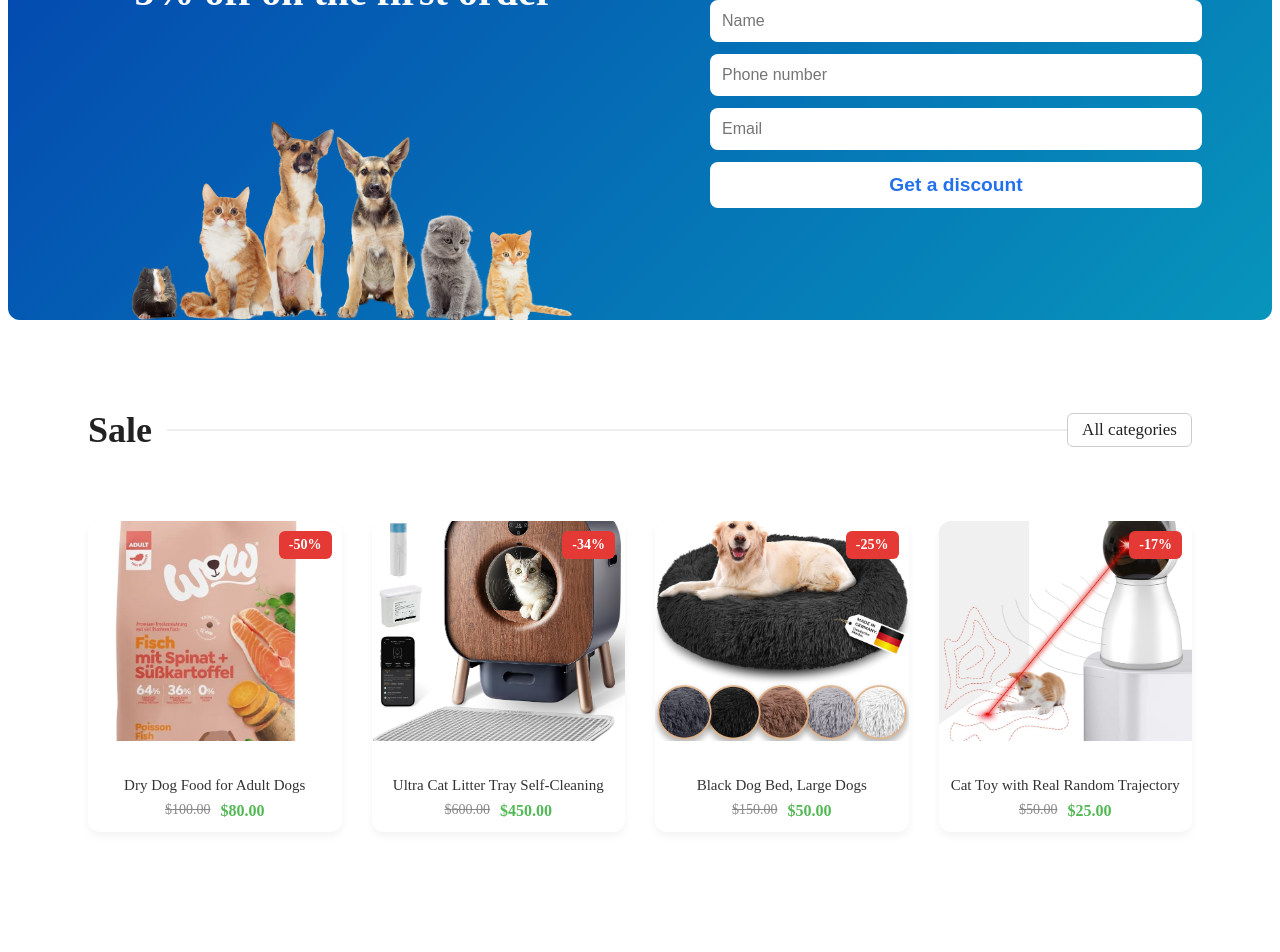
Repository: JuliiaJuliia/pet-shop-frontend
Page: / (app in pet-shop-frontend/)
These files come from the project's save history. The page is drawn as it stood at one moment and after the next save; the edit follows.
The browser window is 1280 px wide. The pictures show the part of the page from y = 1259 to 2211 px (the page is 2211 px tall before and 2187 px after).
The project was rebuilt for these pictures with package versions that can differ from the ones it lists, and the page was loaded fresh each time. Also part of the build but not shown: pet-shop-frontend/vite.config.js, pet-shop-frontend/src/pages/CheckoutPage.jsx, pet-shop-frontend/src/api/axios.js, pet-shop-frontend/src/components/ProductList.jsx.

Above is the page before, as saved 2025-11-06 20:40:16.

### pet-shop-frontend/index.html
<!doctype html>
<html lang="en">
  <head>
    <meta charset="UTF-8" />
    <link rel="icon" type="image/svg+xml" href="/vite.svg" />
    <meta name="viewport" content="width=device-width, initial-scale=1.0" />
    <title>pet-shop-frontend</title>
  </head>
  <body>
    <div id="root"></div>
    <script type="module" src="/src/main.jsx"></script>
  </body>
</html>

### pet-shop-frontend/src/main.jsx
import HomePage from "./pages/HomePage";
import CheckoutPage from "./pages/CheckoutPage";
import React from "react";
import ReactDOM from "react-dom/client";
import { BrowserRouter, Routes, Route } from "react-router-dom";
import Header from "./components/Header/Header.jsx";
import ProductList from "./components/ProductList";

function Categories() {
  return <h2 style={{ textAlign: "center" }}>Categories Page</h2>;
}

function Sales() {
  return <h2 style={{ textAlign: "center" }}>Sales Page</h2>;
}

function Cart() {
  return <h2 style={{ textAlign: "center" }}>Your Cart is empty</h2>;
}

ReactDOM.createRoot(document.getElementById("root")).render(
  <BrowserRouter>
    <Header />
    <Routes>
      <Route path="/" element={<HomePage />} />
      <Route path="/categories" element={<Categories />} />
      <Route path="/products" element={<ProductList />} />
      <Route path="/sales" element={<Sales />} />
      <Route path="/cart" element={<Cart />} />
    </Routes>
  </BrowserRouter>
);

### pet-shop-frontend/src/pages/HomePage.jsx
import React from "react";
import MainBanner from "../components/MainBanner";
import Categories from "../components/Categories";
import DiscountBanner from "../components/DiscountBanner";
import SaleSection from "../components/SaleSection/SaleSection";

const HomePage = () => {
  return (
    <div>
      <MainBanner />
      <Categories />
      <DiscountBanner />
      <SaleSection />
    </div>
  );
};

export default HomePage;

### pet-shop-frontend/src/components/Header/Header.jsx
import React from "react";
import { Link } from "react-router-dom";
import "./Header.css";

const Header = () => {
  return (
    <header className="header">
      <div className="header__logo">
        <Link to="/">PetShop 🐾</Link>
      </div>
      <nav className="header__nav">
        <Link to="/">Main Page</Link>
        <Link to="/categories">Categories</Link>
        <Link to="/products">All products</Link>
        <Link to="/sales">All sales</Link>
      </nav>
      <div className="header__cart">
        <Link to="/cart">
        <img src="/icon.svg" alt="Cart" className="header__cart-icon" />
        </Link>
</div>
    </header>
  );
};

export default Header;

### pet-shop-frontend/src/components/MainBanner.jsx
import React from "react";
import { Link } from "react-router-dom";
import "./MainBanner.css";

const MainBanner = () => {
  return (
    <section className="main-banner">
      <div className="main-banner__overlay">
        <div className="main-banner__content">
        <h1>Amazing Discounts <br /> on Pets Products!</h1>
        <Link to="/checkout" className="banner-btn">Check out</Link>
        </div>
      </div>
    </section>
  );
};

export default MainBanner;

### pet-shop-frontend/src/components/Categories.jsx
import React from "react";
import { Link } from "react-router-dom";
import "./Categories.css";

const categories = [
  { id: 1, name: "Dry & Wet Food", image: "/Dog.jpg" },
  { id: 2, name: "Litter Boxes & Litter Trays", image: "/Cat.jpg" },
  { id: 3, name: "Baskets & Beds", image: "/Dogs.jpg" },
  { id: 4, name: "Toys", image: "/Dog and Fish.jpg" },
];

const Categories = () => {
  return (
    <section className="categories">
      <div className="categories__header">
        <h2>Categories</h2>
        <div className="categories__line"></div>

        <Link to="/products" className="all-categories-btn">
          All categories
        </Link>
      </div>

      <div className="categories__grid">
        {categories.map((category) => (
          <div key={category.id} className="category-card">
            <img src={category.image} alt={category.name} />
            <div className="category-card__overlay">
              <p>{category.name}</p>
            </div>
          </div>
        ))}
      </div>
    </section>
  );
};

export default Categories;

### pet-shop-frontend/src/components/DiscountBanner.jsx
import { useState } from "react";
import "./DiscountBanner.css";

export default function DiscountBanner() {
  const [form, setForm] = useState({ name: "", phone: "", email: "" });
  const [sent, setSent] = useState(false);

  const handleChange = (e) => {
    setForm({ ...form, [e.target.name]: e.target.value });
    setError("");
  };

  const handleSubmit = (e) => {
    e.preventDefault();

    if (!form.name || !form.phone || !form.email) {
      setError("Fill in this field");
      return;
    }

    setSent(true);
  };
  return (
    <section className="discount-banner">
      <div className="discount-banner__overlay">
        <div className="discount-banner__container">

          {/* Ліва частина: заголовок + картинка */}
          <div className="discount-banner__left">
            <h2>5% off on the first order</h2>
            <img src="/Pets.jpg" alt="Pets" />
          </div>

          {/* Права частина: форма */}
          <div className="discount-banner__right">
            {!sent ? (
              <form onSubmit={handleSubmit}>
                <input
                  type="text"
                  name="name"
                  placeholder="Name"
                  value={form.name}
                  onChange={handleChange}
                  required
                />
                <input
                  type="tel"
                  name="phone"
                  placeholder="Phone number"
                  value={form.phone}
                  onChange={handleChange}
                  required
                />
                <input
                  type="email"
                  name="email"
                  placeholder="Email"
                  value={form.email}
                  onChange={handleChange}
                  required
                />
                <button type="submit">Get a discount</button>
              </form>
            ) : (
              <p className="discount-banner__success">
                ✅ Thank you! We'll contact you soon!
              </p>
            )}
          </div>

        </div>
      </div>
    </section>
  );
}

### pet-shop-frontend/src/components/SaleSection/SaleSection.jsx
import React from "react";
import "./SaleSection.css";
import { Link } from "react-router-dom";

const saleSection = [
  {
    id: 1,
    name: "Dry Dog Food for Adult Dogs",
    image: "/Dry Dog.jpg",
    oldPrice: 100,
    newPrice: 80,
    discount: "-50%",
  },
  {
    id: 2,
    name: "Ultra Cat Litter Tray Self-Cleaning",
    image: "/Cat Litter.jpg",
    oldPrice: 600,
    newPrice: 450,
    discount: "-34%",
  },
  {
    id: 3,
    name: "Black Dog Bed, Large Dogs",
    image: "/Dog Bed.jpg",
    oldPrice: 150,
    newPrice: 50,
    discount: "-25%",
  },
  {
    id: 4,
    name: "Cat Toy with Real Random Trajectory",
    image: "/Cat Toy.jpg",
    oldPrice: 50,
    newPrice: 25,
    discount: "-17%",
  },
];

const SaleSection = () => {
  return (
    <section className="sale-section">
      {/* 🔹 Верхній заголовок + кнопка справа */}
      <div className="sale-section__header">
        <h2>Sale</h2>
        <div className="sale-section__line"></div>
        <Link to="/categories" className="sale-section__all-btn">
          All categories
        </Link>
      </div>

      {/* 🔹 Сітка товарів */}
      <div className="sale-section__grid">
        {saleSection.map((item) => (
          <div key={item.id} className="sale-card">
            <div className="sale-card__image-container">
              <img src={item.image} alt={item.name} className="sale-card__image" />
              <span className="sale-card__discount">{item.discount}</span>
            </div>
            <div className="sale-card__details">
              <h4 className="sale-card__name">{item.name}</h4>
              <div className="sale-card__prices">
                <span className="sale-card__old">${item.oldPrice.toFixed(2)}</span>
                <span className="sale-card__new">${item.newPrice.toFixed(2)}</span>
              </div>
            </div>
          </div>
        ))}
      </div>
    </section>
  );
};

export default SaleSection;

### pet-shop-frontend/src/components/Header/Header.css
.header {
    display: flex;
    align-items: center;
    justify-content: space-between;
    padding: 20px 60px;
    background-color: #fff;
    box-shadow: 0 2px 5px rgba(0, 0, 0, 0.05);
    position: sticky;
    top: 0;
    z-index: 10;
  }

  .header__logo a {
    font-size: 40px;
    font-weight: 400;
    color: #3d3c3c;
    text-decoration: none;
    display: flex;
    align-items: center;
    gap: 10px;
  }

  .header__nav {
    display: flex;
    gap: 30px;
  }

  .header__nav a {
    font-size: 20px;
    text-decoration: none;
    color: #38383a;
    font-weight: 550;
    transition: 0.3s;
    cursor: url("data:[embedded picture, 129 characters]"), auto;
  }

  .header__nav a:hover {
    color: #24973bf3;
  }

  .cart-icon {
    font-size: 20px;
    text-decoration: none;
  }

  .header__cart-icon {
    width: 30px;
    height: 30px;
    object-fit: contain;
    transition: transform 0.3s ease;
    cursor: url("data:[embedded picture, 129 characters]"), auto;
  }

  .header__cart-icon:hover {
    transform: rotate(10deg) scale(1.15);
  }

### pet-shop-frontend/src/components/MainBanner.css
.main-banner {
  position: relative;
  width: 100%;
  height: 500px;
  background: url("/banner-dog.jpg") center/cover no-repeat;
  display: flex;
  align-items: center;
  justify-content: center;
  border-radius: 10px;
  overflow: hidden;
  margin-bottom: 60px;
}

/* Полупрозрачный шар поверх картинки */
.main-banner__overlay {
  background: rgba(0, 0, 0, 0.35);
  width: 100%;
  height: 100%;
  display: flex;
  align-items: center;
  justify-content: center;
}

/* Текст и кнопка */
.main-banner__content {
  text-align: left;
  color: #fff;
  max-width: 800px;
  padding: 0 40px;
  line-height: 1.1;
  white-space: normal;
  word-break: break-word;
}

.main-banner__content h1 {
  font-size: 54px;
  font-weight: 700;
  line-height: 1.2;
  margin-bottom: 40px;
}


.main-banner__button {
  background-color: #53b955df;
  color: rgb(255, 255, 255);
  border: none;
  border-radius: 6px;
  font-size: 18px;
  padding: 14px 30px;
  cursor: pointer;
  transition: all 0.3s ease;
  cursor: url("data:[embedded picture, 129 characters]"), auto;
}

.main-banner__button:hover {
  background-color: #24973b91;
  ;
  transform: scale(1.05);
}

.banner-btn {
  display: inline-block;
  background-color: #53b955df;
  color: white;
  border: none;
  border-radius: 6px;
  font-size: 18px;
  padding: 14px 30px;
  text-decoration: none;
  text-align: center;
  cursor: pointer;
  transition: all 0.3s ease;
}

.banner-btn:hover {
  background-color: #24973b91;
  transform: scale(1.05);
}

### pet-shop-frontend/src/components/Categories.css
.categories {
    padding: 0px 80px 60px;
    background-color: #fff;
  }

  .categories__title {
    font-size: 36px;
    font-weight: 600;
    margin-bottom: 30px;
    color: #222;
  }

  .categories__grid {
    display: grid;
    grid-template-columns: repeat(auto-fit, minmax(220px, 1fr));
    gap: 30px;
    justify-items: center;
  }

  .category-card {
    position: relative;
    width: 100%;
    max-width: 260px;
    border-radius: 12px;
    overflow: hidden;
    cursor: url("data:[embedded picture, 129 characters]"), auto;
    transition: transform 0.3s ease;
  }

  .category-card img {
    width: 100%;
    height: 260px;
    object-fit: cover;
    border-radius: 12px;
  }

  .category-card__overlay {
    position: absolute;
    display: flex;
    justify-content: center;
    align-items: center;
    text-align: center;
    bottom: 0;
    left: 0;
    right: 0;
    background: rgba(0, 0, 0, 0.5);
    color: #fff;
    font-size: 20px;
    font-weight: 500;
    padding-top: 10px;
    transition: background 0.3s ease;
  }

  .category-card:hover {
    transform: scale(1.05);
  }

  .category-card:hover .category-card__overlay {
    background: rgba(0, 0, 0, 0.7);
  }

  .categories__header {
    display: flex;
    align-items: center;
    justify-content: space-between;
    position: relative;
    margin-bottom: 30px;
  }

  .categories__header h2 {
    font-size: 35px;
    font-weight: 700;
    color: #222;
    letter-spacing: 1.5px;
    background-color: #fff;
    padding-right: 15px;
    z-index: 1;
  }

  .categories__line {
    position: absolute;
    left: 0;
    right: 0;
    height: 1px;
    background-color: #ddd;
    top: 50%;
    transform: translateY(-50%);
    z-index: 0;
  }

  .all-categories-btn {
    display: inline-flex;
    align-items: center;
    justify-content: center;
    background-color: #fff;
    border: 1px solid #ccc;
    border-radius: 6px;
    padding: 6px 14px;
    font-size: 17px;
    font-weight: 500;
    color: #333;
    text-decoration: none;
    outline: none;
    cursor: pointer;
    z-index: 1;
    transition: all 0.3s ease;
  }

  .all-categories-btn:hover {
    background-color: #53b955cd;
    color: #fff;
    border-color: #24973b91;
    transform: scale(1.05);
    cursor: url("/paw-cursor.png"), auto;
    cursor: url("data:[embedded picture, 129 characters]"), auto;
  }

### pet-shop-frontend/src/components/DiscountBanner.css
.discount-banner {
    width: 100%;
    background: linear-gradient(135deg, #045de9, #09c6f9);
    border-radius: 12px;
    overflow: hidden;
    margin: 40px 0;
  }

  .discount-banner__overlay {
    background: rgba(0,0,0,0.25);
    padding: 40px 20px;
  }

  .discount-banner__container {
    display: flex;
    flex-direction: column;
    align-items: center;
    text-align: center;
  }


  .discount-banner__left {
    flex: 1;
    text-align: center;
    display: flex;
    flex-direction: column;
    justify-content: space-between;
    align-items: center;
    height: 100%;
    padding: 20px;
  }

  .discount-banner__left h2 {
    font-size: 2.5rem;
    color: #fff;
    margin-top: 20px;
  }

  .discount-banner__left img {
    width: 100%;
    max-width: 500px;
    border-radius: 10px;
    margin-bottom: -70px;
  }

  .discount-banner__right form {
    flex: 1;
    padding: 0 50px;
    display: flex;
    flex-direction: column;
    gap: 12px;
  }

  .discount-banner__right input {
    padding: 12px;
    border-radius: 8px;
    border: none;
    outline: none;
    font-size: 1rem;
  }

  .discount-banner__right button {
    padding: 12px;
    border-radius: 8px;
    border: none;
    background: #fff;
    color: #045ce9df;
    font-weight: 600;
    transition: 0.3s;
    font-size: 1.2rem;
    cursor: url("data:[embedded picture, 129 characters]"), auto;
  }

  .discount-banner__right button:hover {
    background: #e0e0e0;
    transform: scale(1.05);
  }

  .discount-banner__success {
    color: #fff;
    font-weight: 600;
  }

  /* Адаптивность для больших екранов */
  @media (min-width: 768px) {
    .discount-banner__container {
      flex-direction: row;
      justify-content: space-between;
      text-align: left;
    }

    .discount-banner__left {
      flex: 1;
      margin-bottom: 0;
    }

    .discount-banner__right {
      flex: 1;
    }
  }

### pet-shop-frontend/src/components/SaleSection/SaleSection.css
.sale-section {
    background-color: #fff;
    margin: 60px 80px;
    padding-bottom: 60px;
  }

  /* 🔹 Заголовок + кнопка справа + лінія */
  .sale-section__header {
    display: flex;
    justify-content: space-between;
    align-items: center;
    position: relative;
    margin-bottom: 40px;
  }

  .sale-section__header h2 {
    font-size: 36px;
    font-weight: 700;
    color: #222;
    background-color: #fff;
    padding-right: 15px;
    z-index: 1;
  }

  .sale-section__line {
    position: absolute;
    left: 0;
    right: 0;
    height: 1px;
    background-color: #ddd;
    top: 50%;
    transform: translateY(-50%);
    z-index: 0;
  }

  /* 🔹 Кнопка “All categories” */
  .sale-section__all-btn {
    background-color: #fff;
    border: 1px solid #ccc;
    border-radius: 6px;
    padding: 6px 14px;
    font-size: 17px;
    font-weight: 500;
    text-decoration: none;
    color: #222;
    z-index: 1;
    transition: 0.3s;
  }

  .sale-section__all-btn:hover {
    background-color: #53b955cd;
    color: #fff;
    border-color: #24973b91;
    cursor: url("data:[embedded picture, 129 characters]"), auto;
  }

  /* 🔹 Сетка товаров */
  .sale-section__grid {
    display: grid;
    grid-template-columns: repeat(auto-fit, minmax(220px, 1fr));
    gap: 30px;
    justify-items: center;
  }

  /* 🔹 Карточки товаров */
  .sale-card {
    background-color: #fff;
    border-radius: 12px;
    overflow: hidden;
    width: 100%;
    max-width: 260px;
    box-shadow: 0 4px 8px rgba(0, 0, 0, 0.05);
    transition: transform 0.3s ease, box-shadow 0.3s ease;
    cursor: url("data:[embedded picture, 129 characters]"), auto;
  }

  .sale-card:hover {
    transform: scale(1.04);
    box-shadow: 0 8px 15px rgba(0, 0, 0, 0.1);
  }

  /* 🔹 Фото + бейдж скидки */
  .sale-card__image-container {
    position: relative;
  }

  .sale-card__image {
    width: 100%;
    height: 220px;
    object-fit: cover;
    border-radius: 12px 12px 0 0;
  }

  .sale-card__discount {
    position: absolute;
    top: 10px;
    right: 10px;
    background-color: #e53935;
    color: #fff;
    font-size: 14px;
    font-weight: 600;
    padding: 6px 10px;
    border-radius: 6px;
  }

  /* 🔹 Інформація під фото */
  .sale-card__details {
    padding: 12px;
    text-align: center;
  }

  .sale-card__name {
    font-size: 15px;
    font-weight: 500;
    margin-bottom: 8px;
    color: #333;
  }

  .sale-card__prices {
    display: flex;
    justify-content: center;
    gap: 10px;
  }

  .sale-card__old {
    text-decoration: line-through;
    color: #888;
    font-size: 14px;
  }

  .sale-card__new {
    color: #53b955;
    font-weight: 700;
    font-size: 16px;
  }

After the next save:
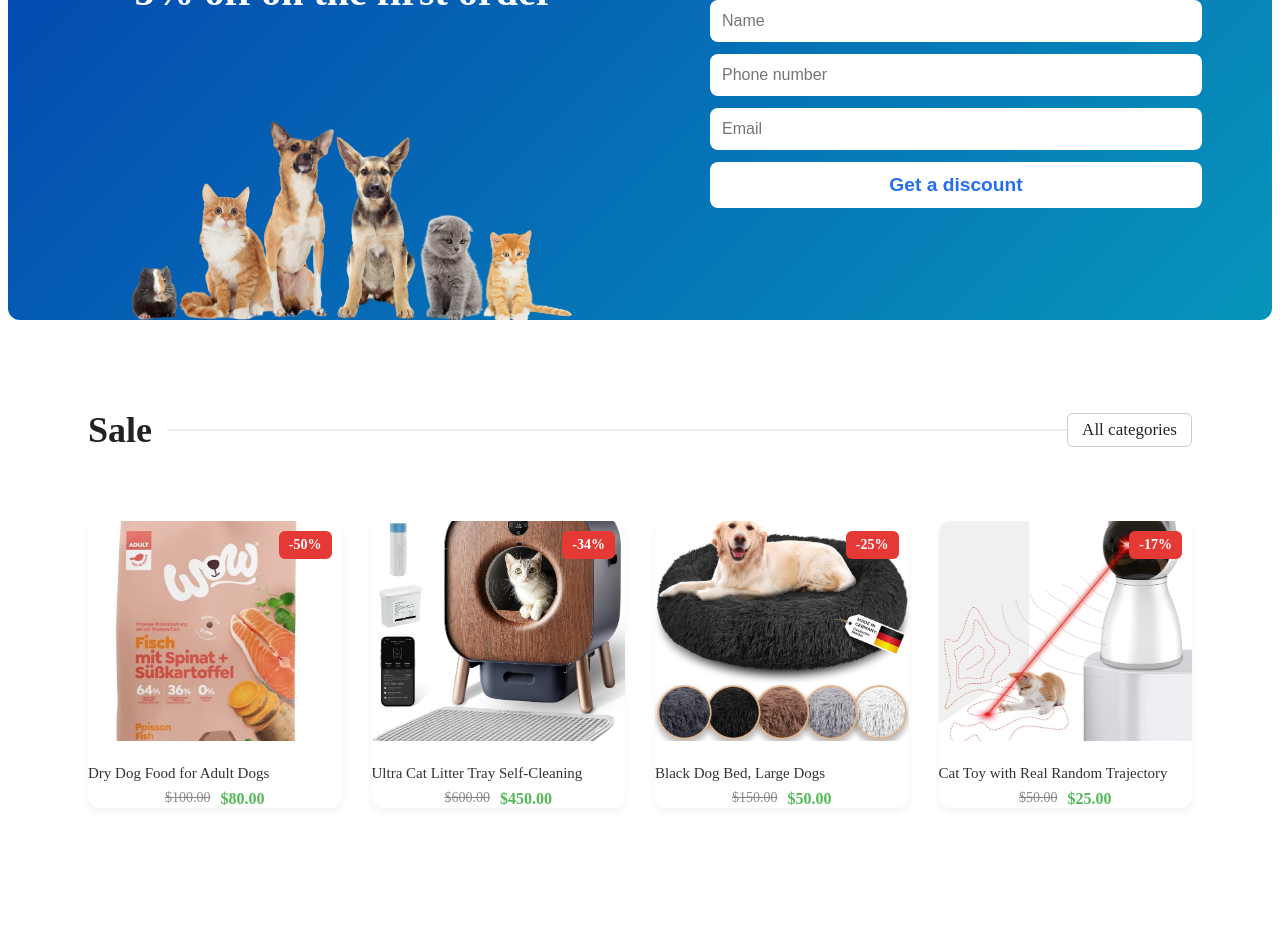
Saved 72 s later.
--- a/pet-shop-frontend/src/components/SaleSection/SaleSection.css
+++ b/pet-shop-frontend/src/components/SaleSection/SaleSection.css
@@ -105,8 +105,10 @@
 
   /* 🔹 Інформація під фото */
   .sale-card__details {
-    padding: 12px;
-    text-align: center;
+    .sale-card__details {
+        padding: 8px 12px 12px; /* 🔹 менший верхній відступ */
+        text-align: center;
+      }
   }
 
   .sale-card__name {
